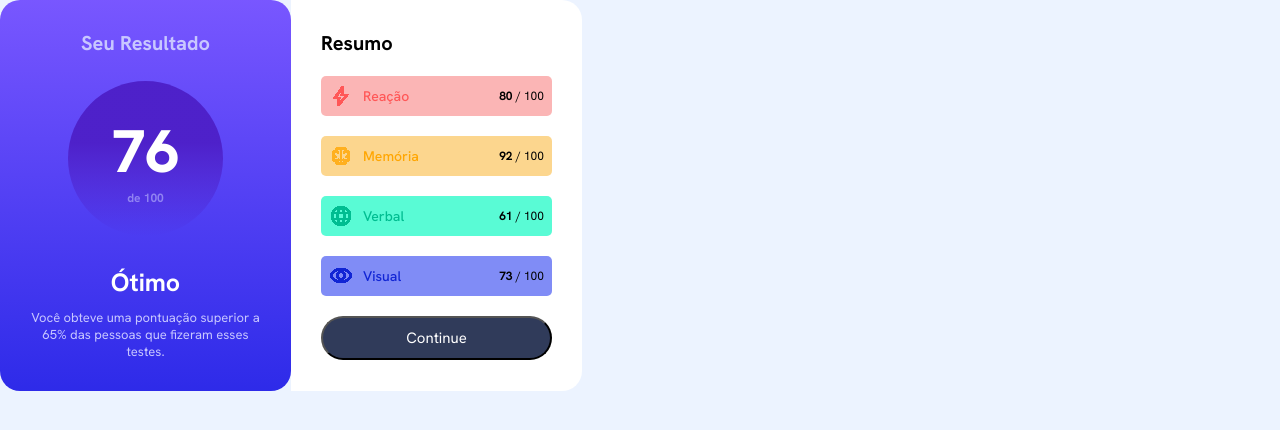
Repository: caique2512/resumo-de-resultados
Page: index.html
An editor plug-in stored every save of this project. The page is shown before and after a run of saves, followed by the edit.
The browser window is 1280 px wide. The pictures show the whole page.

Above is the page before, as saved 2026-03-13 17:40:30.

After the next 3 saves:
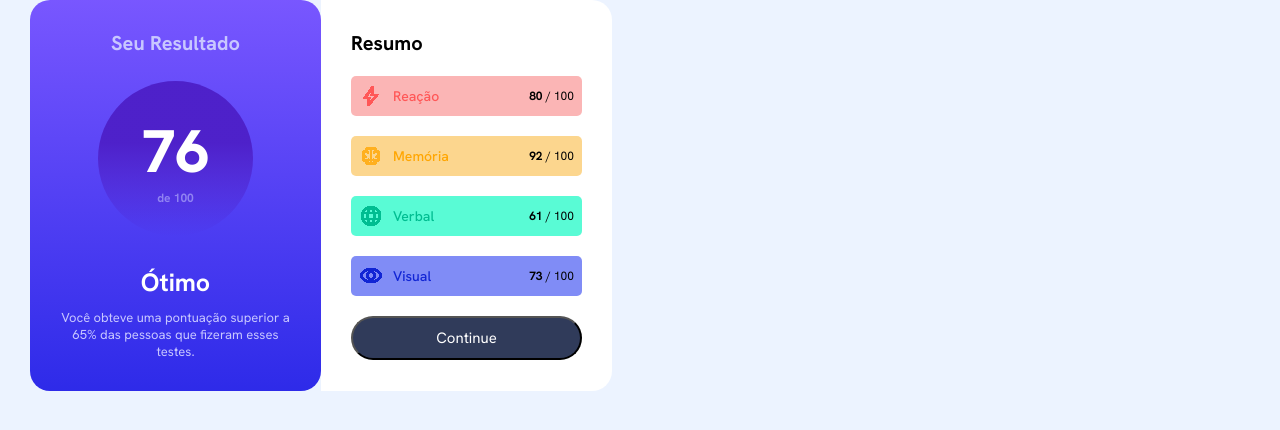
The 3 saves are shown as one change because they came seconds apart.
The last was saved 64 s later.
--- a/src/css/estilos.css
+++ b/src/css/estilos.css
@@ -19,6 +19,7 @@ body {
     flex-direction: column;
     align-items: center;
     border-radius: 20px;
+    margin-left: 30px
 }
 
 .titulo {

After the 2 saves that followed:
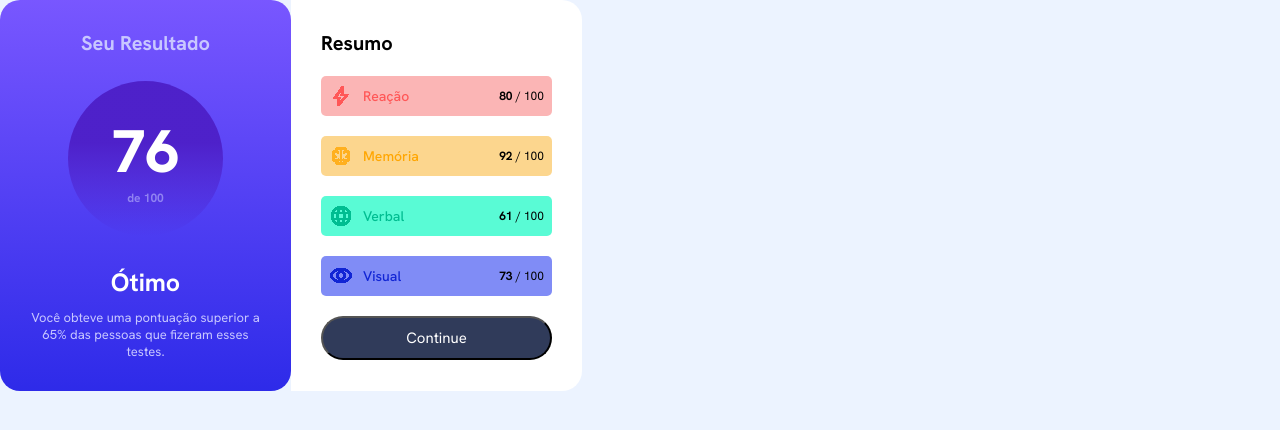
The 2 saves are shown as one change because they came seconds apart.
The last was saved 16 s later.
--- a/src/css/estilos.css
+++ b/src/css/estilos.css
@@ -19,7 +19,6 @@ body {
     flex-direction: column;
     align-items: center;
     border-radius: 20px;
-    margin-left: 30px
 }
 
 .titulo {
